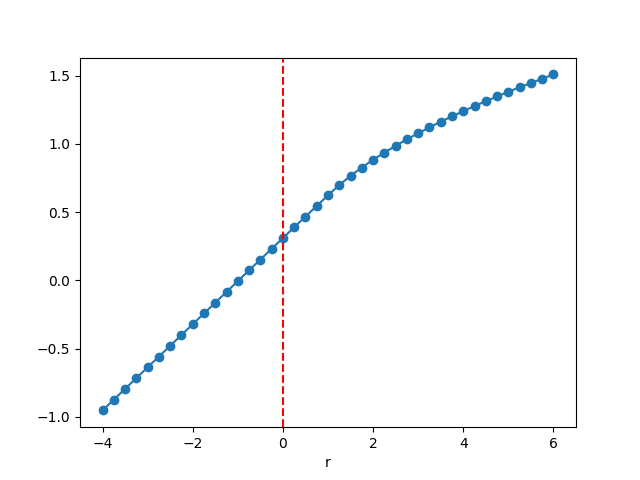
Repository: EddyShao/272-numericalPDE
Script's output: python B/HW4/problem1.py
An editor plug-in stored every save of this project. The script's output is shown before and after the next save, followed by the edit.
Random numbers start from a fixed seed.

Above is the script's output before, as saved 2025-03-20 16:05:30.

### B/HW4/problem1.py
import numpy as np
from scipy.sparse import spdiags, lil_matrix, diags
import scipy.sparse.linalg as spla
import matplotlib.pyplot as plt
from utils import *

# Solve the system using Newton-Krylov



#### SH23 parameters ####
L = 20*np.pi
x_0 = 0
x_1 = L
x = np.linspace(x_0, x_1, 200)
h = x[1] - x[0]
N = len(x)
b2 = 0. # SH23 parameter


#### Newton-Krylov parameters ####
TOL = 1e-10
MAX_ITER = 1000

#### Initial condition ####
beta = 0.1 # beta is the scale of the initial u
u_0 = beta * np.sin(2 * np.pi * x / L)
v_0 = - (2 * np.pi/L)**2 * u_0 + u_0  # v_0 =  \partial^{2} u / \partial x^{2} + u


U_0 = np.concatenate((u_0, v_0))


results = []

for r in np.linspace(-4, 6, 41):
    # compute eigenvalues
    Jacobian = J(U_0, h, N, b2, r)


    J11 = Jacobian[:N, :N]
    J12 = Jacobian[:N, N:]
    J21 = Jacobian[N:, :N]
    J22 = Jacobian[N:, N:]


    # implement the J11 +  J12 J22^-1 J21

    J22_inv = spla.inv(J22)
    J_aux = J11 + J12 @ J22_inv @ J21

    # compute eigenvalues of J_aux

    eigs, _ = spla.eigs(J_aux, k=1, which='SR')
    # take the real part of the eigenvalue
    results.append(np.real(eigs[0]))

plt.plot(np.linspace(-4, 6, 41), results, marker='o')
# draw the line x = 1
plt.axvline(x=0, color='r', linestyle='--')
plt.xlabel('r')
plt.show()

### B/HW4/utils.py
import numpy as np
from scipy.sparse import spdiags, lil_matrix, diags
import scipy.sparse.linalg as spla

def assemble_mass(N, h):
    e = np.ones(N)  # Vector of ones
    diagonals = [e, 4 * e, e]
    offsets = [-1, 0, 1]

    # Construct the main tridiagonal part
    M = (h / 6) * spdiags(diagonals, offsets, N, N, format="lil")

    # Add periodic boundary conditions
    M[0, N-1] = h / 6
    M[N-1, 0] = h / 6

    return M.tocsr()  # Convert to efficient sparse format for computations

def assemble_stiffness(N, h):
    e = np.ones(N)  # Vector of ones
    diagonals = [-e, 2 * e, -e]
    offsets = [-1, 0, 1]

    # Construct the main tridiagonal part
    A = (1 / h) * spdiags(diagonals, offsets, N, N, format="lil")

    # Add periodic boundary conditions
    A[0, N-1] = - 1 / h
    A[N-1, 0] = - 1 / h

    return A.tocsr()  # Convert to efficient sparse format for computations

def F_res(U, h, N, b2, r):
    u = U[:N]
    v = U[N:]
    A = assemble_stiffness(N, h)
    M = assemble_mass(N, h)
    f1 = (M + A).dot(u) - M.dot(v)
    f2 = -M.dot(r*u + b2*u**2 - u**3) + (M + A).dot(v)
    return np.hstack([f1, f2])

def J(U, h, N, b2, r):
    u = U[:N].reshape(-1, 1)
    v = U[N:].reshape(-1, 1)
    A = assemble_stiffness(N, h)
    M = assemble_mass(N, h)
    J = lil_matrix((2 * N, 2 * N))
    J[:N, :N] = (A + M)
    J[:N, N:] = -M
    J[N:, :N] =  M @ diags((r + 2 * b2 * u - 3 * u**2).flatten(), offsets=0, format="csr")
    J[N:, N:] =  -  (A + M)

    return J.tocsr()

def newton_krylov(U_0, h, N, b2, r, tol, max_iter):
    U = U_0.copy()

    for i in range(max_iter):
        F_U = F_res(U, h, N, b2, r)  # Compute function value

        norm_F = np.linalg.norm(F_U, ord=np.inf)
        print(f"Iteration {i}, ||F(U)|| = {norm_F}")

        if norm_F < tol:
            print("Converged!")
            return U

        J_U = J(U, h, N, b2, r)  # Compute Jacobian
        dU, _ = spla.gmres(J_U, -F_U, tol=tol)  # Solve J(U) dU = -F(U) using GMRES

        U += dU  # Update solution

    raise RuntimeError("Newton-Krylov did not converge within the given iterations")

After the next save:
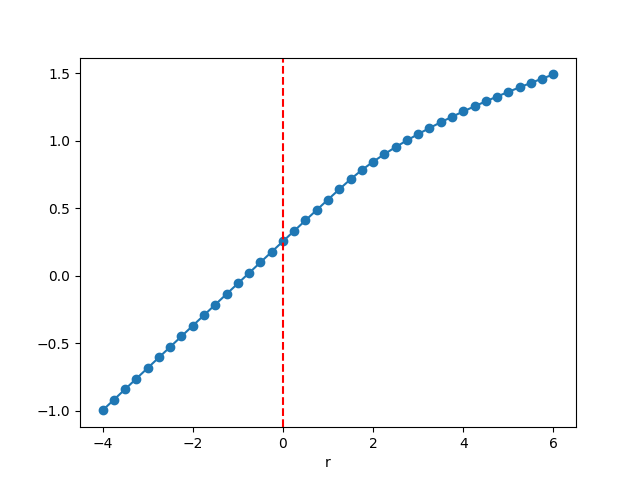
Saved 14 s later.
--- a/B/HW4/problem1.py
+++ b/B/HW4/problem1.py
@@ -15,7 +15,7 @@ x_1 = L
 x = np.linspace(x_0, x_1, 200)
 h = x[1] - x[0]
 N = len(x)
-b2 = 0. # SH23 parameter
+b2 = 1. # SH23 parameter
 
 
 #### Newton-Krylov parameters ####
